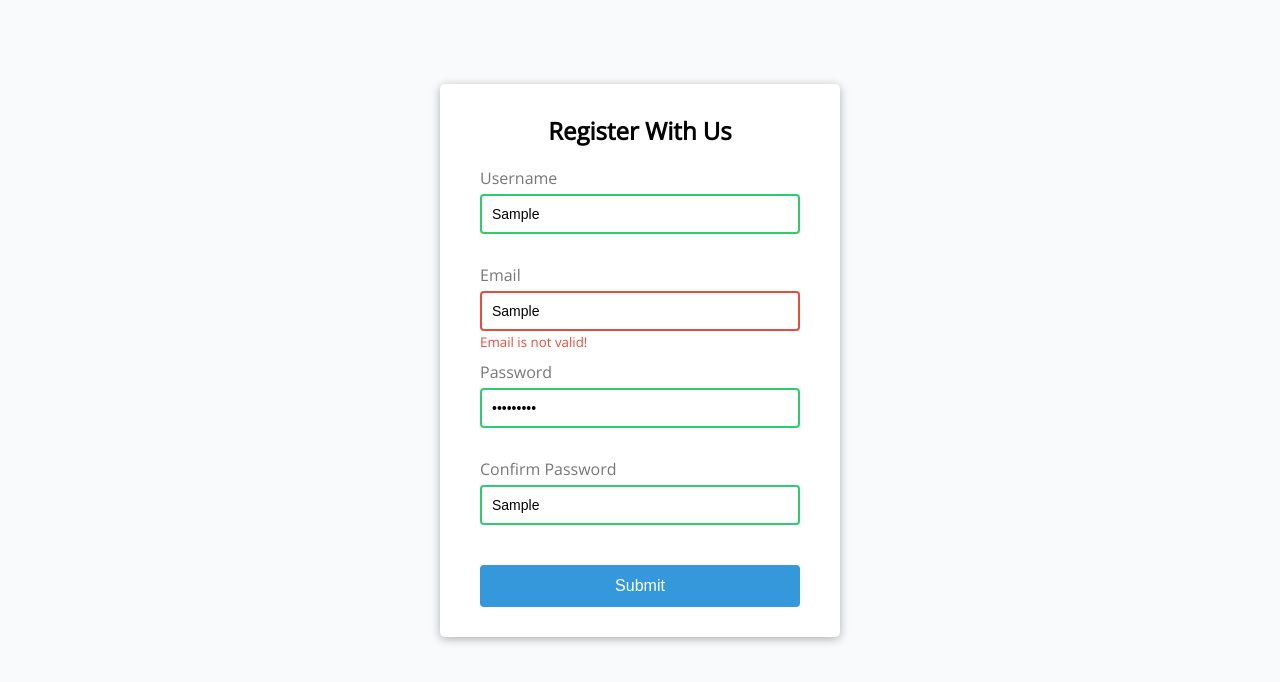
Repository: Youvelop/formValidator
Page: index.html
An editor plug-in stored every save of this project. The page is shown before and after the next save, followed by the edit.
The browser window is 1280 px wide. The pictures show the whole page.
Empty fields were first filled with sample values (such as "Sample", 5 or name@example.com).
After loading, the first visible `#form` was submitted once.

Above is the page before, as saved 2020-06-25 19:24:20.

After the next save:
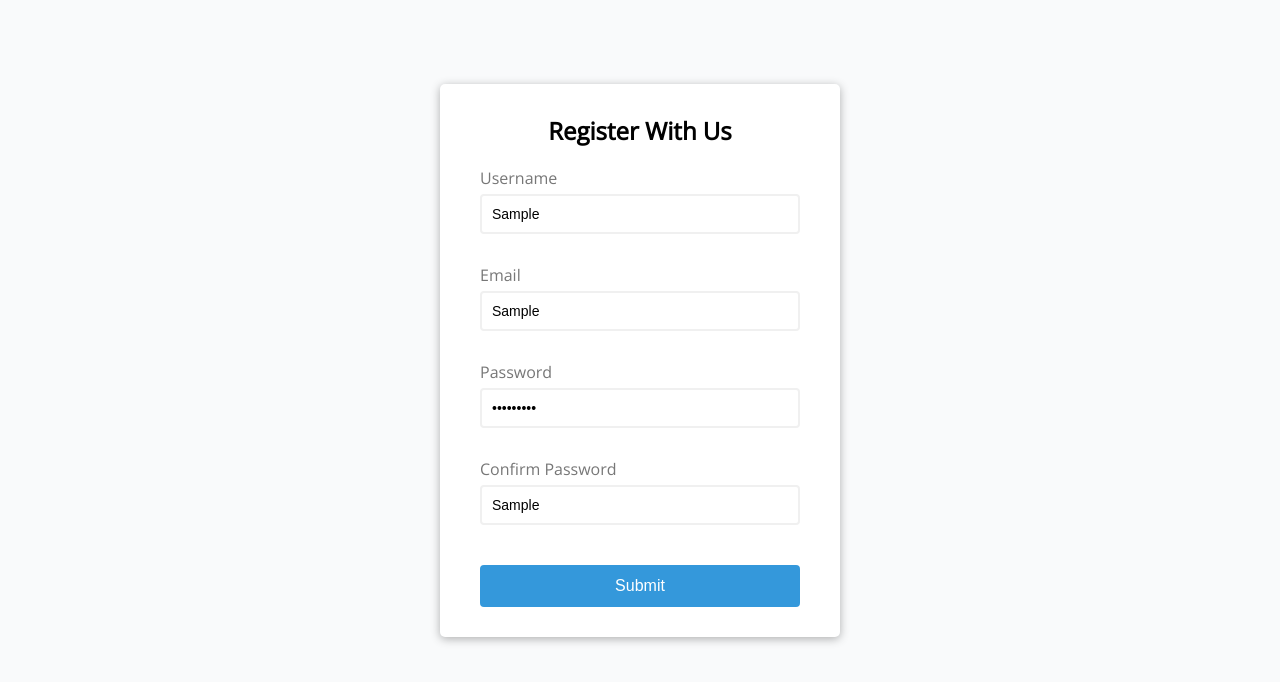
Console error: ReferenceError: checkRequired is not defined
Saved 92 s later.
--- a/app.js
+++ b/app.js
@@ -30,29 +30,5 @@
 form.addEventListener('submit', function (e) {
   e.preventDefault();
 
-  if (username.value === '') {
-    showError(username, 'Username is required');
-  } else {
-    showSuccess(username);
-  }
-
-  if (email.value === '') {
-    showError(email, 'Username is required');
-  } else if (!isValidEmail(email.value)) {
-    showError(email, 'Email is not valid!');
-  } else {
-    showSuccess(email);
-  }
-
-  if (password.value === '') {
-    showError(password, 'Password is required');
-  } else {
-    showSuccess(password);
-  }
-
-  if (password2.value === '') {
-    showError(password2, 'Password 2 is required');
-  } else {
-    showSuccess(password2);
-  }
+  checkRequired(usernama);
 });

After the 6 saves that followed:
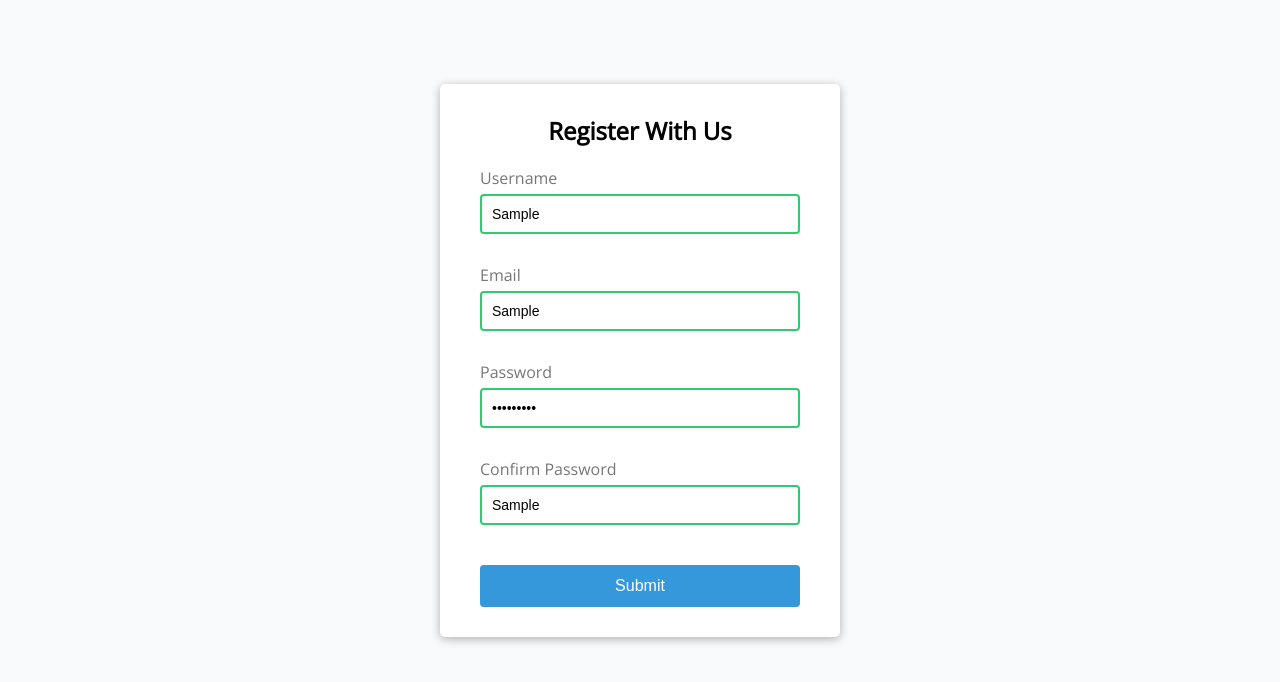
The error is gone.
The 6 saves are shown as one change because 5 left the picture as it was.
The last was saved 7 min 50 s later.
--- a/app.js
+++ b/app.js
@@ -26,9 +26,20 @@
   return re.test(String(email).toLowerCase());
 }
 
+// Check required fields
+function checkRequired(inputArr) {
+  inputArr.forEach(function (input) {
+    if (input.value.trim() === '') {
+      showError(input, 'is Required');
+    } else {
+      showSuccess(input);
+    }
+  });
+}
+
 // Event Listeners
 form.addEventListener('submit', function (e) {
   e.preventDefault();
 
-  checkRequired(usernama);
+  checkRequired([username, email, password, password2]);
 });
